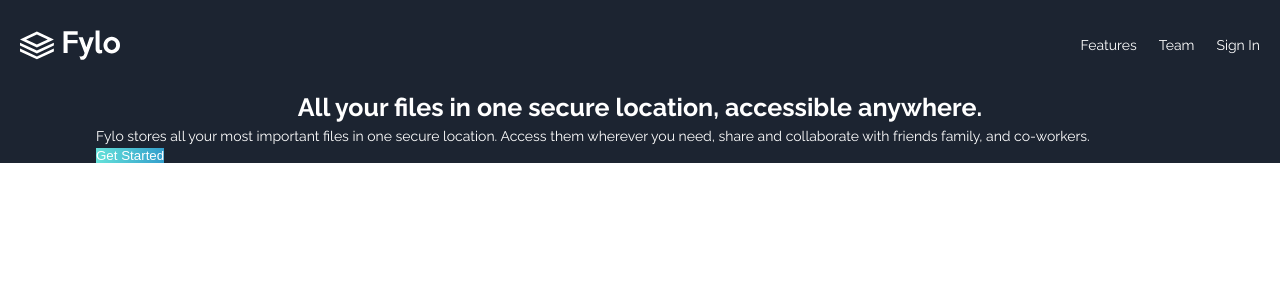
Repository: tomas938/fylo-dark-theme-landing-page-master
Page: index.html
An editor plug-in stored every save of this project. The page is shown before and after the next save, followed by the edit.
The browser window is 1280 px wide. The pictures show the whole page.
The style sheet was rebuilt from its Sass, Less or Tailwind sources for each picture, by a compiler version that may differ from the author's.

Above is the page before, as saved 2021-08-05 11:57:51.

After the next save:
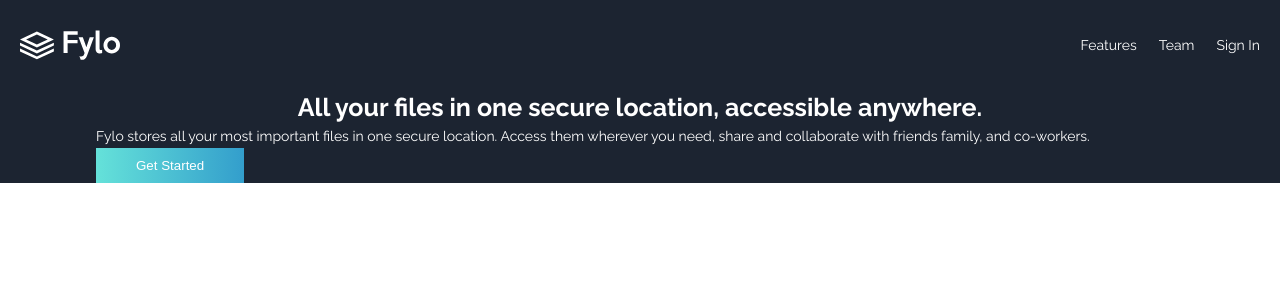
Saved 21 s later.
--- a/scss/_partials/_intro.scss
+++ b/scss/_partials/_intro.scss
@@ -41,5 +41,6 @@
 		outline: none;
 		color: $white;
 		background-image: linear-gradient(to right, $cayn, $blue);
+		padding: 1rem 4rem;
 	}
 }
